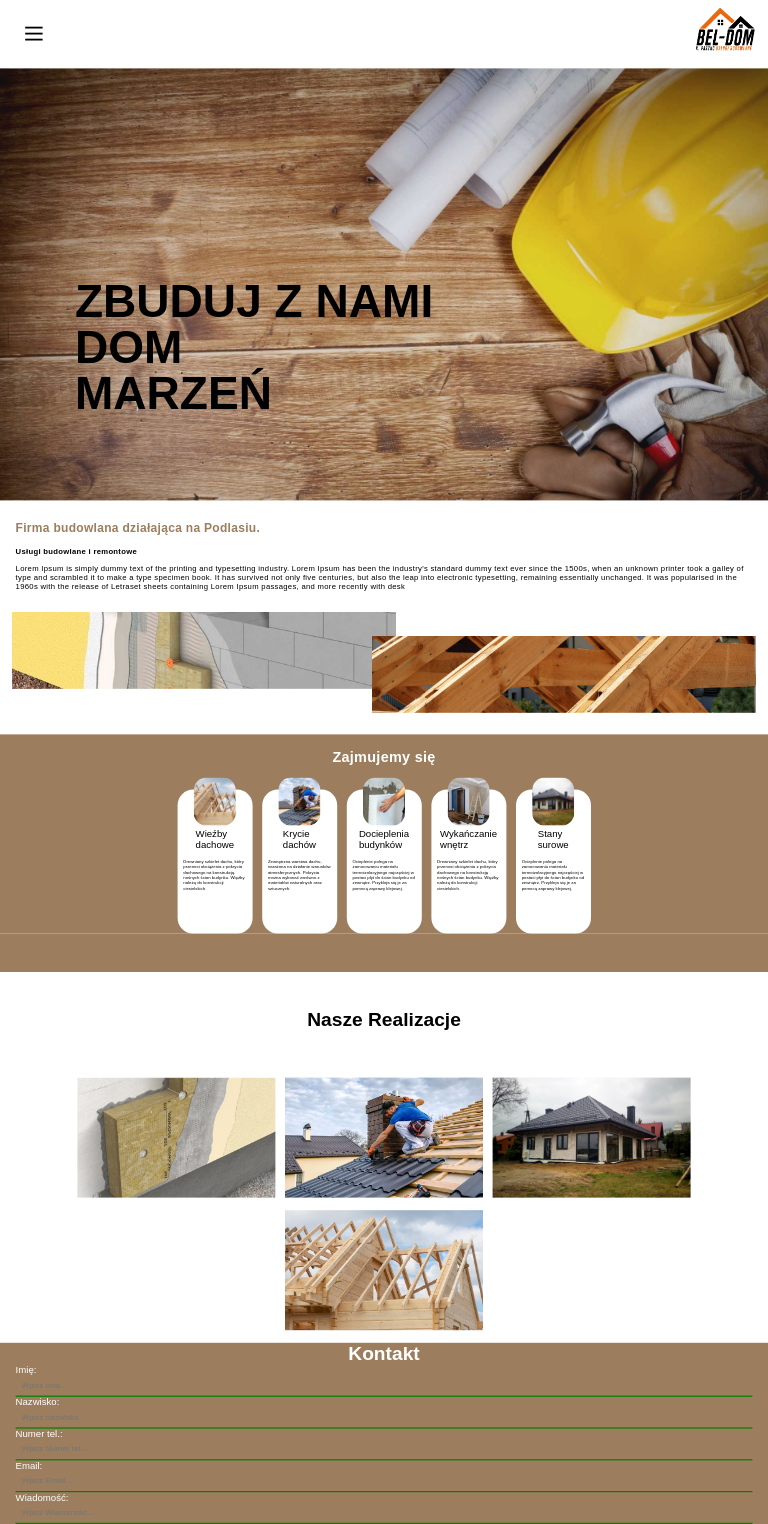
Repository: JakubPaszko2001/bel
Page: index.html
These files come from the project's save history. The page is drawn as it stood at one moment and after the next save; the edit follows.
The browser window is 1280 px wide. The pictures show the whole page, at 60% of full size.
Some web fonts or font styles are not loaded; a fallback is used.

Above is the page before, as saved 2022-03-05 17:09:37.

### index.html
<!DOCTYPE html>
<html lang="pl-PL">
<head>
    <meta charset="UTF-8">
    <meta http-equiv="X-UA-Compatible" content="IE=edge">
    <meta name="viewport" content="width=device-width, initial-scale=1.0">
    <title>BEL-DOM</title>
    <link rel="preconnect" href="https://fonts.googleapis.com">
    <link rel="preconnect" href="https://fonts.gstatic.com" crossorigin>
    <link href="https://fonts.googleapis.com/css2?family=Prompt:wght@300;400;700&display=swap" rel="stylesheet">
    <link rel="stylesheet" href="style.css">
    <link rel="stylesheet" href="lightbox.min.css">
    <script src="./js/lightbox-plus-jquery.min.js"></script>
</head>
<body>
<!-- HEADER -->
<header>
    <div class="container">
        <!-- SPAN -->
        <button class="hamburger">
            <span class="hamburger--menu">
                <span class="hamburger__inner"></span>
            </span>
        </button>
        <!-- LOGO -->
        <div class="header__logo">
            <img class="logo__pic" src="./images/logo.png" alt="logo">
        </div>
    </div>
</header>
<!-- MAIN -->
<main>
    <!-- NAV -->
    <div class="navigation">
        <ul class="navigation--list">
            <li class="navigation__item"><a href="#">jeden</a></li>
            <li class="navigation__item"><a href="#">dwa</a></li>
            <li class="navigation__item"><a href="#">trzy</a></li>
            <li class="navigation__item"><a href="#">cztery</a></li>
        </ul>
    </div>
    <!-- MAIN CONTAINER -->
    <div class="main--container">
        <div class="background__pic">
            <img src="./images/tlo1.png" alt="background">
        </div>
    <!-- TEXT ON IMG -->
        <h1 class="text">ZBUDUJ Z NAMI <br>DOM <br> MARZEŃ</h1>
    </div>
    <!-- TEXT -->
    <div class="main--text">
        <h1 class="main__text-h1">Firma budowlana działająca na Podlasiu.</h1>
        <h3 class="main__text-h3">Usługi budowlane i remontowe</h3>
        <h4 class="main__text-h4">Lorem Ipsum is simply dummy text of the printing and typesetting industry. Lorem Ipsum has been the industry's standard dummy text ever since the 1500s, when an unknown printer took a galley of type and scrambled it to make a type specimen book. It has survived not only five centuries, but also the leap into electronic typesetting, remaining essentially unchanged. It was popularised in the 1960s with the release of Letraset sheets containing Lorem Ipsum passages, and more recently with desk</h4>
    </div>
    <!-- PHOTOS -->
    <div class="main--photos">
        <img class="photo photo1" src="./images/docieplenie1.png" alt="photo2">
        <img class="photo photo2" src="./images/wiezby.png" alt="photo1">
    </div>
    <!-- CARDS -->
    <div class="cards--container">
        <h2 class="text-h2">Zajmujemy się</h2>
        <div class="cards--container__main">
            <div class="card">
                <div class="card-img">
                    <img class="card-img_style" src="./images/wiezby2.png" alt="wiezby">
                </div>
                <div class="card-title">
                    <div class="h1-title">Wieźby<br>dachowe</div>
                </div>
                <div class="card-text">
                    <div class="h1-text">Drewniany szkielet dachu, który przenosi obciążenia z pokrycia dachowego na konstrukcję nośnych ścian budynku. Więźby należą do konstrukcji ciesielskich.</div>
                </div>
            </div>
            <div class="card">
                <div class="card-img">
                    <img class="card-img_style" src="./images/krycie.png" alt="wiezby">
                </div>
                <div class="card-title">
                    <div class="h1-title">Krycie<br>dachów</div>
                </div>
                <div class="card-text">
                    <div class="h1-text">Zewnętrzna warstwa dachu, narażona na działanie warunków atmosferycznych. Pokrycia można wykonać zarówno z materiałów naturalnych oraz sztucznych.</div>
                </div>
            </div>
            <div class="card">
                <div class="card-img">
                    <img class="card-img_style" src="./images/docieplenie2.png" alt="wiezby">
                </div>
                <div class="card-title">
                    <div class="h1-title">Docieplenia<br>budynków</div>
                </div>
                <div class="card-text">
                    <div class="h1-text">Ocieplenie polega na zamocowaniu materiału termoizolacyjnego najczęściej w postaci płyt do ścian budynku od zewnątrz. Przykleja się je za pomocą zaprawy klejowej.</div>
                </div>
            </div>
            <div class="card">
                <div class="card-img">
                    <img class="card-img_style" src="./images/wnetrza.png" alt="wiezby">
                </div>
                <div class="card-title">
                    <div class="h1-title">Wykańczanie<br>wnętrz</div>
                </div>
                <div class="card-text">
                    <div class="h1-text">Drewniany szkielet dachu, który przenosi obciążenia z pokrycia dachowego na konstrukcję nośnych ścian budynku. Więźby należą do konstrukcji ciesielskich.</div>
                </div>
            </div>
            <div class="card">
                <div class="card-img">
                    <img class="card-img_style" src="./images/surowe.png" alt="wiezby">
                </div>
                <div class="card-title">
                    <div class="h1-title">Stany<br>surowe</div>
                </div>
                <div class="card-text">
                    <div class="h1-text">Ocieplenie polega na zamocowaniu materiału termoizolacyjnego najczęściej w postaci płyt do ścian budynku od zewnątrz. Przykleja się je za pomocą zaprawy klejowej.</div>
                </div>
            </div>
        </div>
    </div>
    <div class="brown"></div>
    <div class="realisation-text">
        <h1 class="realisation-h1">Nasze Realizacje</h1>
    </div>
    <div class="gallery">
        <a href="./images/docieplenie.png" data-lightbox="mygallery"><img class="gallery-img" src="./images/nazwa.png"></a>
        <a href="./images/krycie.png" data-lightbox="mygallery"><img class="gallery-img" src="./images/krycie.png"></a>
        <a href="./images/surowe.png" data-lightbox="mygallery"><img class="gallery-img" src="./images/surowe.png"></a>
        <a href="./images/wiezby2.png" data-lightbox="mygallery"><img class="gallery-img" src="./images/wiezby2.png"></a>
    </div>
    <div class="contact">
        <div class="contact-title">
            <h1>Kontakt</h1>
        </div>
        <div class="contact-text">
            <p class="contact-text-title">Imię:</p><br>
            <input placeholder="Wpisz imię..."></input>
            <p class="contact-text-title">Nazwisko:</p><br>
            <input placeholder="Wpisz nazwisko..."></input>
            <p class="contact-text-title">Numer tel.:</p><br>
            <input placeholder="Wpisz Numer tel..."></input>
            <p class="contact-text-title">Email:</p><br>
            <input placeholder="Wpisz Email..."></input>
            <p class="contact-text-title">Wiadomość:</p><br>
            <input placeholder="Wpisz Wiadomość..."></input>
        </div>
    </div>
</main>
<!-- JS -->
<script src="./js/script.js" type="text/javascript"></script>
</body>
</html>

### style.css
:root {
    /* WEIGHT */
    --ww-bold: 700;
    --ww-normal: 400;
    --ww-small: 300;
    /* COLORS */
    --color-orange: #EB680D;
    --color-white: #ffffff;
    --color-black: #000000;
    --color-brown: #9c7d5d;
    /* SPACING */
    --margin: 1.25em;
    --margin-left: 1.625em;
    /* FONT SIZE */
    --fs-12: 1.25em;
    --fs-10: 0.8em;

}
* {
    margin: 0;
    padding: 0;
    box-sizing: border-box;
    font-family: 'Prompt', sans-serif;
    /* font-family: Arial, Helvetica, sans-serif; */
}
img {
    width: 100%;
    object-fit: cover;
}
.logo__pic {
    width: 6.875em;
    height: 6.875em;
}
.container {
    display: flex;
    margin: 0 var(--margin);
    justify-content: space-between;
    align-items: center;
}
.hamburger {
    padding: var(--margin-left);
    display: inline-block;
    cursor: pointer;
    background: transparent;
    border: 0;
    margin: 0;
}
.hamburger--menu  {
    width: 2.1875em;
    height: var(--margin);
    display: inline-block;
    position: relative;
}
.hamburger__inner {
    z-index: 999;
    width: 100%;
    height: 3px;
    background-color: black;
    position: absolute;
    left: 0;
    top: 50%;
    transform: translateY(-50%);
    transition: background-color 0.1s 0.2s ease-in-out;
}
.hamburger__inner::before,
.hamburger__inner::after {
    content: '';
    width: 100%;
    height: 3px;
    background-color: var(--color-black);
    position: absolute;
    left: 0;
    transition: transform 0.2s 0.2s ease-in-out;

}
.hamburger__inner::before {
    /* transform: translateY(-10px); */
    top: -10px;
}
.hamburger__inner::after {
    /* transform: translateY(10px); */
    top: 10px;
}
.hamburger--active .hamburger__inner {
    background-color: transparent;
}
.hamburger--active .hamburger__inner::before {
    transform: translateY(10px) rotate(45deg);
    background-color: var(--color-orange);
}
.hamburger--active .hamburger__inner::after {
    transform: translateY(-10px) rotate(-45deg);
    background-color: var(--color-orange);
}
.navigation {
    position: absolute;
    top: 0;
    left: 0;
    width: 10.9375em;
    height: 100vh;
    background-color: var(--color-black);
    display: flex;
    flex-direction: column;
    align-items: center;
    transform: translateX(-200px);
    transition: transform 0.3s 0.1s ease-in-out;
    z-index: 100;
}
.navigation--active {
    transform: translateX(0px);
}
.navigation--list {
    list-style: none;
}
.navigation__item {
    margin-bottom: 2.5em;
}
li:first-child {
    margin-top: 9.375em;
}
a {
    text-decoration: none;
    color: var(--color-orange);
    font-size: var(--margin);
}
.main--container {
    position: relative;
    z-index: 1;
}
.text {
    position: absolute;
    bottom: 20%;
    margin-left: var(--margin-left);
    line-height: 1em;
    font-size: 6vw;
    font-weight: var(--ww-bold);
}
.main--text {
    letter-spacing: 0.5px;
    margin: 0 var(--margin-left);
}
.main__text-h1 {
    margin-top: 1.5em;
    margin-bottom: 1.0em;
    font-size: var(--fs-12);
    font-weight: var(--ww-bold);
    color: var(--color-brown);

}
.main__text-h3 {
    font-size: var(--fs-10);
    font-weight: var(--ww-bold);
    margin-bottom: 1em;
}
.main__text-h4 {
    font-size: var(--fs-10);
    font-weight: var(--ww-normal);
}
.main--photos {
    display: flex;
    justify-content: center;
    align-items: center;
    position: relative;
    width: 100%;
    /* border: violet solid; */
    height: 15em;
}
.photo {
    width: 100%;
    height: 8em;
}
.photo1 {
    transform: translate(20px,-20px);
}
.photo2 {
    transform: translate(-20px,20px);
}
.cards--container {
    background: var(--color-brown);
    /* height: 100vh; */
}

.text-h2 {
    padding-top: 1em;
    color: var(--color-white);
    text-align: center;
    letter-spacing: 0.5px;
    padding-bottom: 1.25em;
    /* border: violet solid; */
}
.cards--container__main {
    display: flex;
    flex-wrap: wrap;
    width: 100%;
    justify-content: center;
    align-items: center;
    gap: 1em;
}
.card {
    display: flex;
    flex-direction: column;
    position: relative;
    height: 15em;
    width: 7.8125em;
    /* height: 300px;
    width: 175px; */
    background-color: var(--color-white);
    border-radius: 1.625em;
    margin-top: 0.625em;
}
.card-img {
    display: flex;
    height: 3.75em;
    justify-content: center;
    /* border: black solid; */

}
.card-img_style {
    width: 4.375em;
    height: 5em;
    border-radius: 1.3125em;
    position: absolute;
    top: -20px;
}
.card-title {
    height: 3.125em;
    width: 100%;
    margin-top: 5px;
    /* border: yellow solid; */
}
.h1-title {
    display: flex;
    justify-content: center;
    align-items: center;
    font-weight: var(--ww-normal);
}
.card-text {
    width: 100%;
    height: 100px;
    display: flex;
    flex-wrap: nowrap;
    /* border: green solid; */
}
.h1-text {
    font-size: 0.45em;
    font-weight: var(--ww-normal);
    padding: 0px 10px 10px 10px;
}
.brown {
    display: flex;
    width: 100%;
    height: 4em;
    background-color: var(--color-brown);
}
.realisation-text {
    display: flex;
    justify-content: center;
    align-items: center;
    height: 10em;
}
.gallery {
    display: flex;
    justify-content: center;
    align-items: center;
    flex-wrap: wrap;
    gap: 1em;
    padding: 1em 1em;
}
.gallery-img {
    width: 330px;
    height: 200px;
}
.contact {
    background-color: var(--color-brown);
    display: flex;
    flex-direction: column;
    color: var(--color-white);
}
.contact-title {
    display: flex;
    justify-content: center;
    align-items: center;
}
.contact-text {
    margin-left: var(--margin-left);
    margin-right: var(--margin-left);
}
.contact-text-title {
    margin-bottom: -20px;
}
input {
    color: black;
    width: 100%;
    padding: 10px;
    background:none;
    outline:none;
    border:0;
    border-bottom:2px solid green;
}

### js/script.js
const hamburger = document.querySelector('.hamburger');
const Click = () => {
    hamburger.classList.toggle('hamburger--active');
}
hamburger.addEventListener('click',Click);

Loaded but not shown: lightbox.min.css (common file); js/lightbox-plus-jquery.min.js (library)

After the next save:
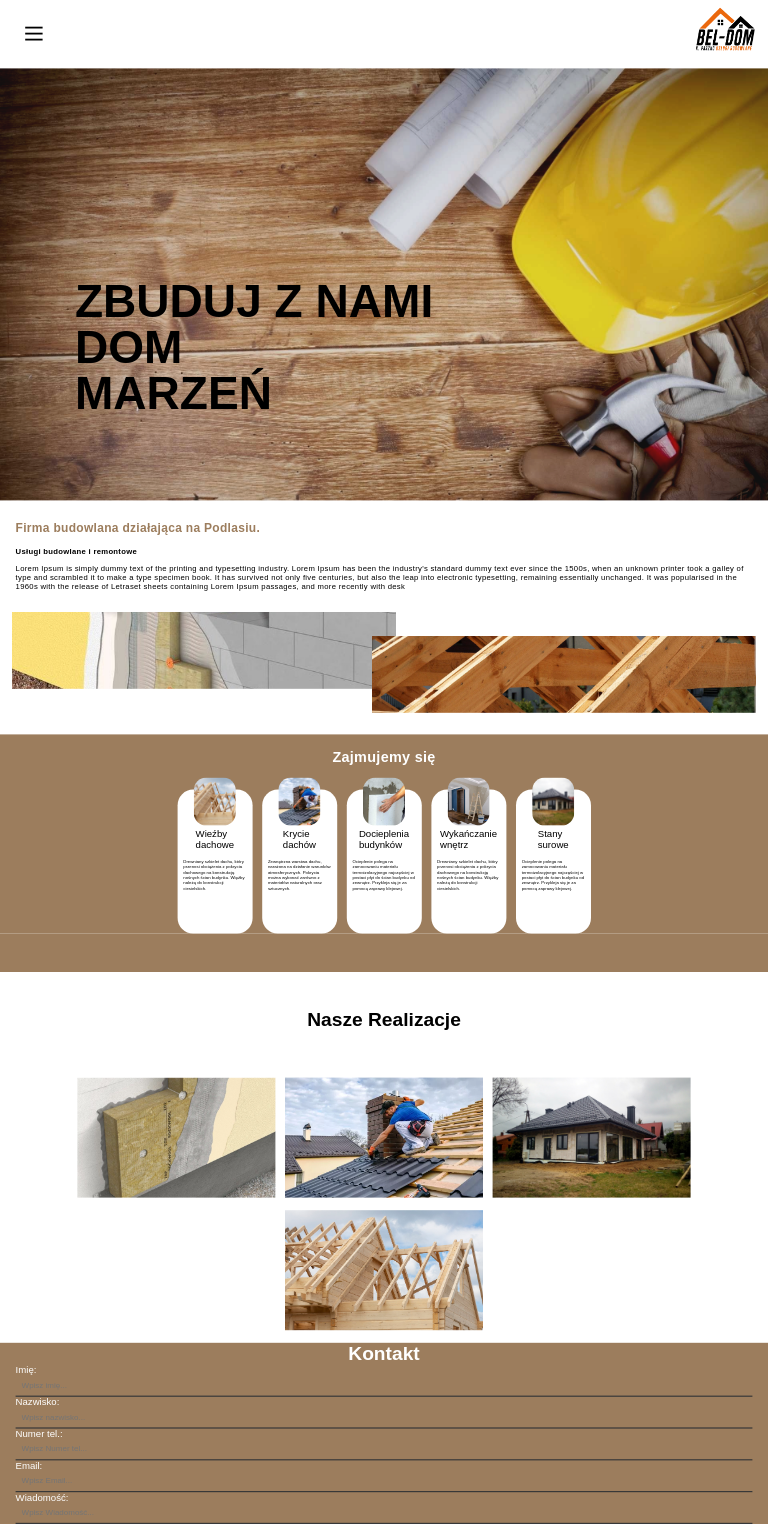
Saved 16 s later.
--- a/style.css
+++ b/style.css
@@ -295,5 +295,5 @@
     background:none;
     outline:none;
     border:0;
-    border-bottom:2px solid green;
-}
+    border-bottom:2px solid #383838;
+}
